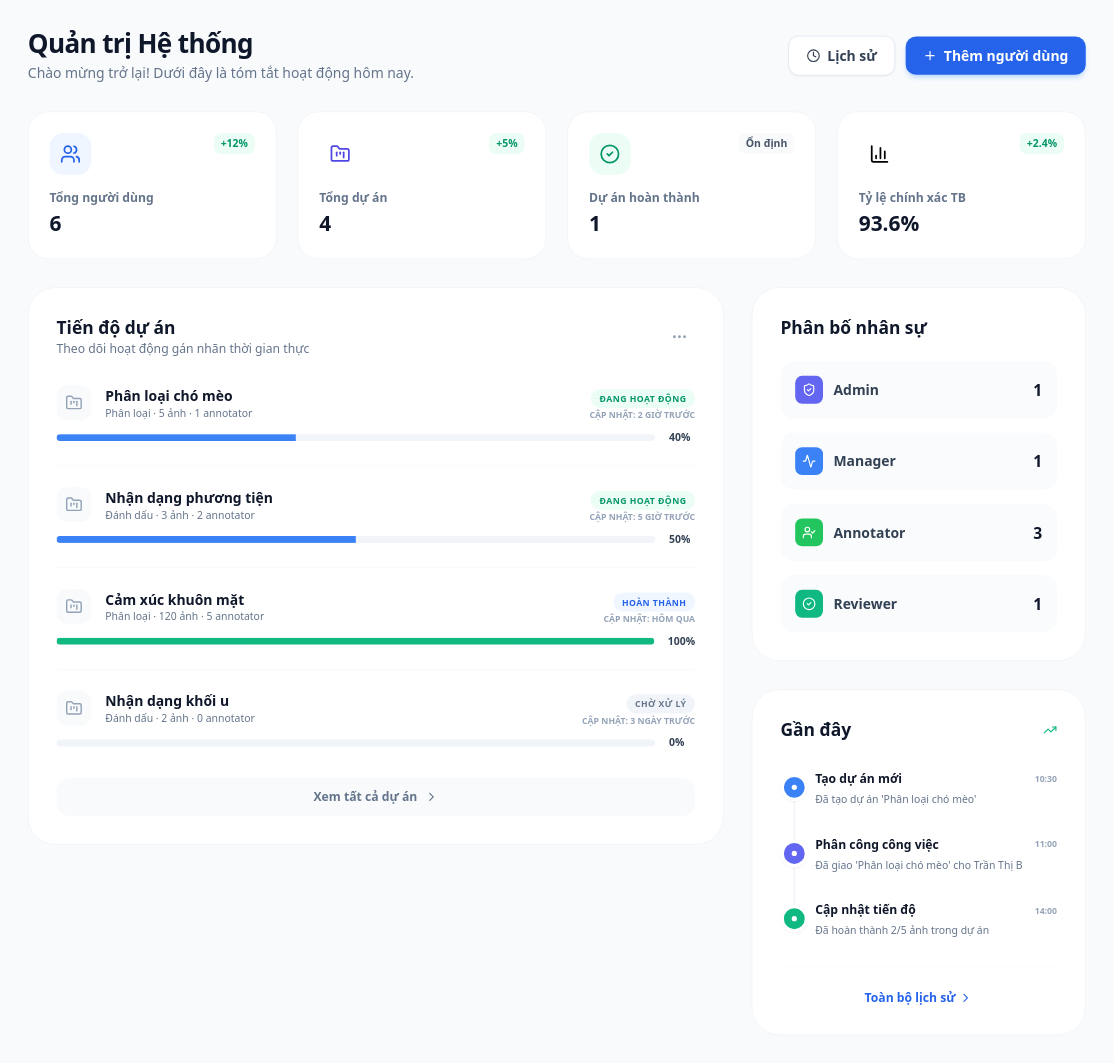
Repository: immanhdung/Frontend_Datalabeling
Page: /
These files come from the project's save history. The page is drawn as it stood at one moment and after the next save; the edit follows.
The browser window is 1280 px wide. The pictures show the whole page, at 87% of full size.
The project was rebuilt for these pictures with package versions that can differ from the ones it lists, and the page was loaded fresh each time. Also part of the build but not shown: vite.config.js.

Above is the page before, as saved 2026-01-28 20:26:52.

After the next save:
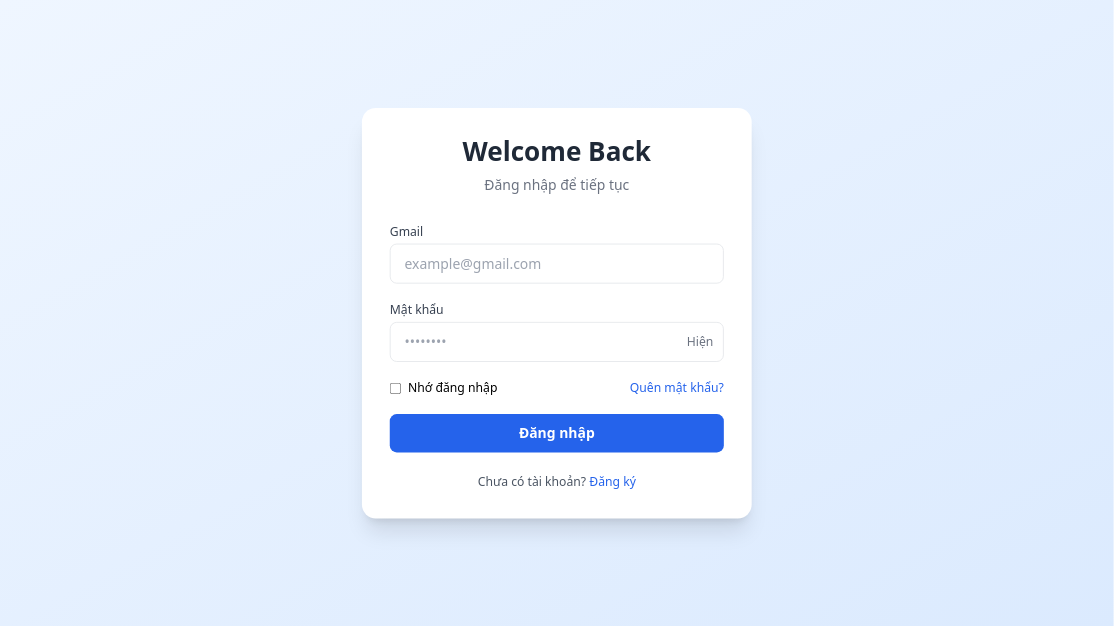
Saved 42 s later.
--- a/src/App.jsx
+++ b/src/App.jsx
@@ -1,18 +1,17 @@
 import { BrowserRouter, Routes, Route, Navigate } from "react-router-dom";
 import AdminDashboard from "./pages/Admin/Dashboard";
+import Login from "./pages/Login";
 
 function App() {
-  return (
-    <BrowserRouter>
-      <Routes>
-        <Route path="/" element={<Navigate to="/admin/dashboard" />} />
-        <Route
-          path="/admin/dashboard"
-          element={<AdminDashboard />}
-        />
-      </Routes>
-    </BrowserRouter>
-  );
+    return (
+        <BrowserRouter>
+            <Routes>
+                <Route path="/" element={<Navigate to="/login" />} />
+                <Route path="/login" element={<Login/>}/>
+                <Route path="/admin/dashboard" element={<AdminDashboard />}/>
+            </Routes>
+        </BrowserRouter>
+    );
 }
 
 export default App;
